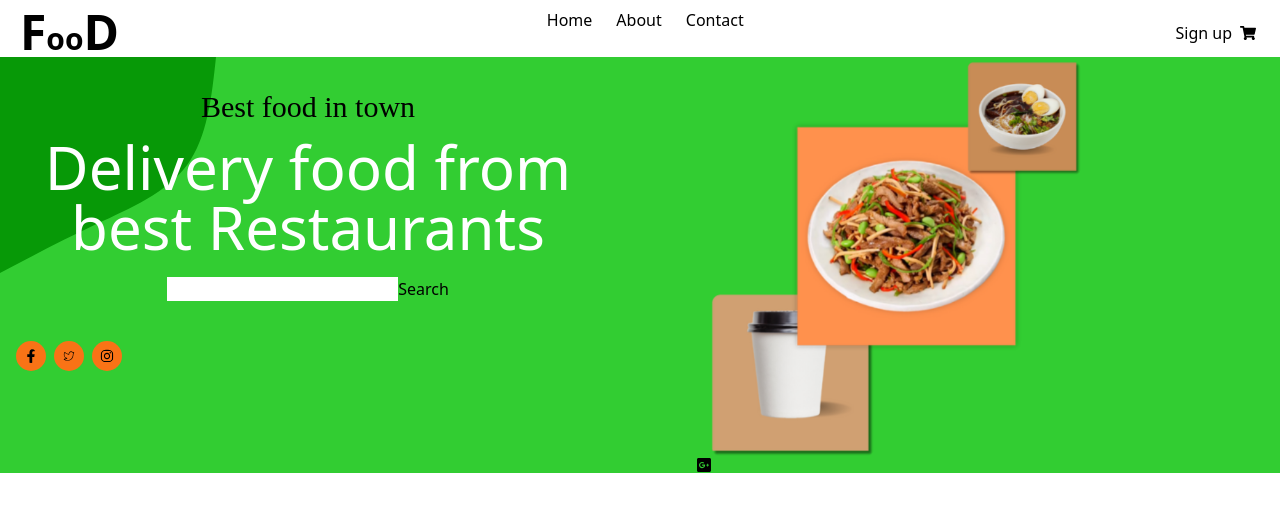
Repository: KhushiCode14/FoodWeb
Page: /
These files come from the project's save history. The page is drawn as it stood at one moment and after the next save; the edit follows.
The browser window is 1280 px wide. The pictures show the whole page.
The project was rebuilt for these pictures with package versions that can differ from the ones it lists, and the page was loaded fresh each time. Also part of the build but not shown: src/components/Home/SignUp.tsx, src/components/Home/SignIn.tsx.

Above is the page before, as saved 2024-09-19 20:13:11.

After the next save:
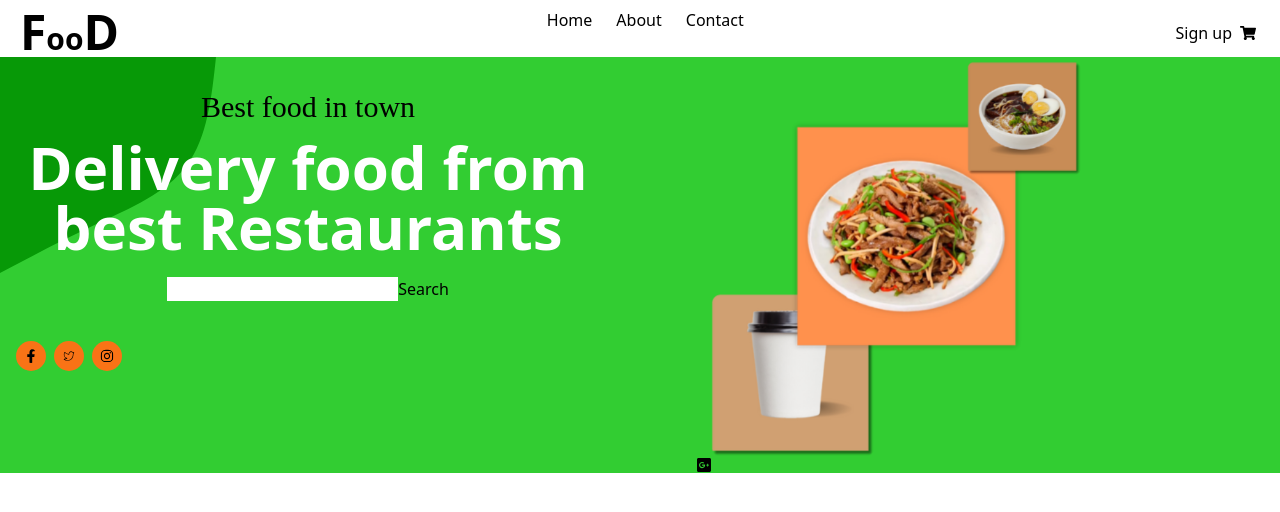
Saved 13 s later.
--- a/src/Pages/Home.tsx
+++ b/src/Pages/Home.tsx
@@ -10,7 +10,7 @@ const Home: React.FC = () => {
 
       <div className="w-1/2 justify-center items-center m-4 mt-8 ">
         <h3 className="font-cursive text-3xl mb-3">Best food in town</h3>
-        <h1 className="text-6xl mb-5 text-white">Delivery food from best Restaurants</h1>
+        <h1 className="text-6xl mb-5 text-white font-bold">Delivery food from best Restaurants</h1>
         <div className="justify-between">
          <div className="mb-10">
          <input type="text"></input>
